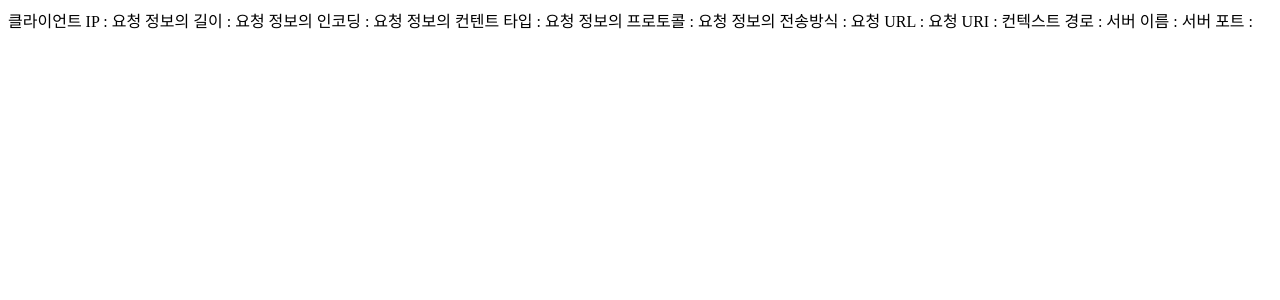
Repository: seminocoe/JSP_STUDY
Page: http://localhost/ServletProject/implicit/reqEx01.jsp
These files come from the project's save history. The page is drawn as it stood at one moment and after the next save; the edit follows.
The browser window is 1280 px wide. The pictures show the whole page.
The page is served by Tomcat 9. Nobody is signed in. The application's start-up code is not run.

Above is the page before, as saved 2022-08-02 01:18:26.

After the next save:
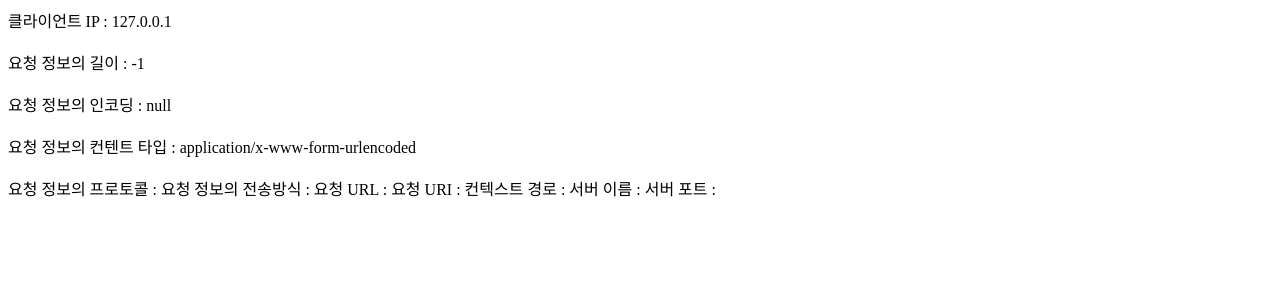
Saved 2 min 58 s later.
--- a/ServletProject/src/main/webapp/implicit/reqEx01.jsp
+++ b/ServletProject/src/main/webapp/implicit/reqEx01.jsp
@@ -7,10 +7,10 @@
 <title>클라이언트 및 서버 정보</title>
 </head>
 <body>
-클라이언트 IP :
-요청 정보의 길이 :
-요청 정보의 인코딩 :
-요청 정보의 컨텐트 타입 :
+클라이언트 IP : <%= request.getRemoteAddr() %><br><br>
+요청 정보의 길이 : <%= request.getContentLength() %><br><br>
+요청 정보의 인코딩 : <%= request.getCharacterEncoding() %><br><br>
+요청 정보의 컨텐트 타입 : <%= request.getContentType() %><br><br>
 요청 정보의 프로토콜 :
 요청 정보의 전송방식 :
 요청 URL :
